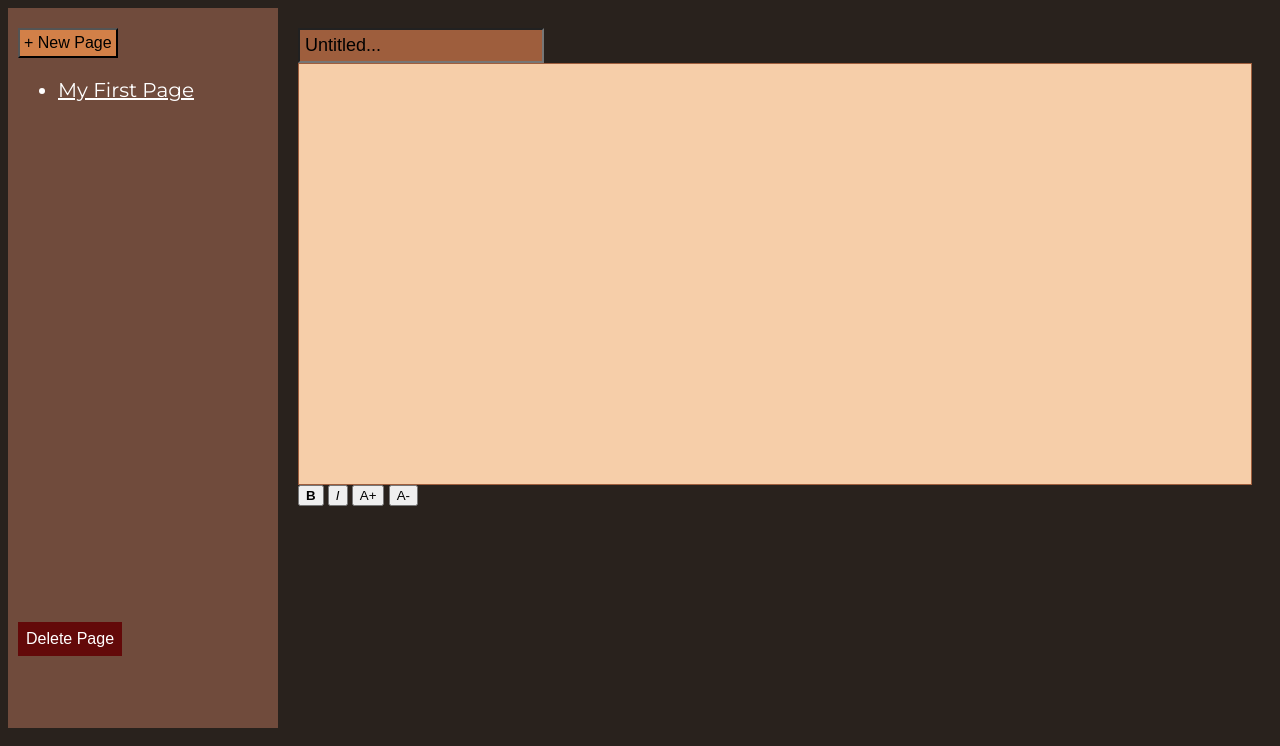
Repository: Dharshinimk-521/notes-app
Page: index.html
The author's editor kept a copy of each file at every save. The page is drawn from the files as they stood at one save, then again after the next save.
The browser window is 1280 px wide. The pictures show the whole page.

Above is the page before, as saved 2026-04-18 22:35:17.

After the next save:
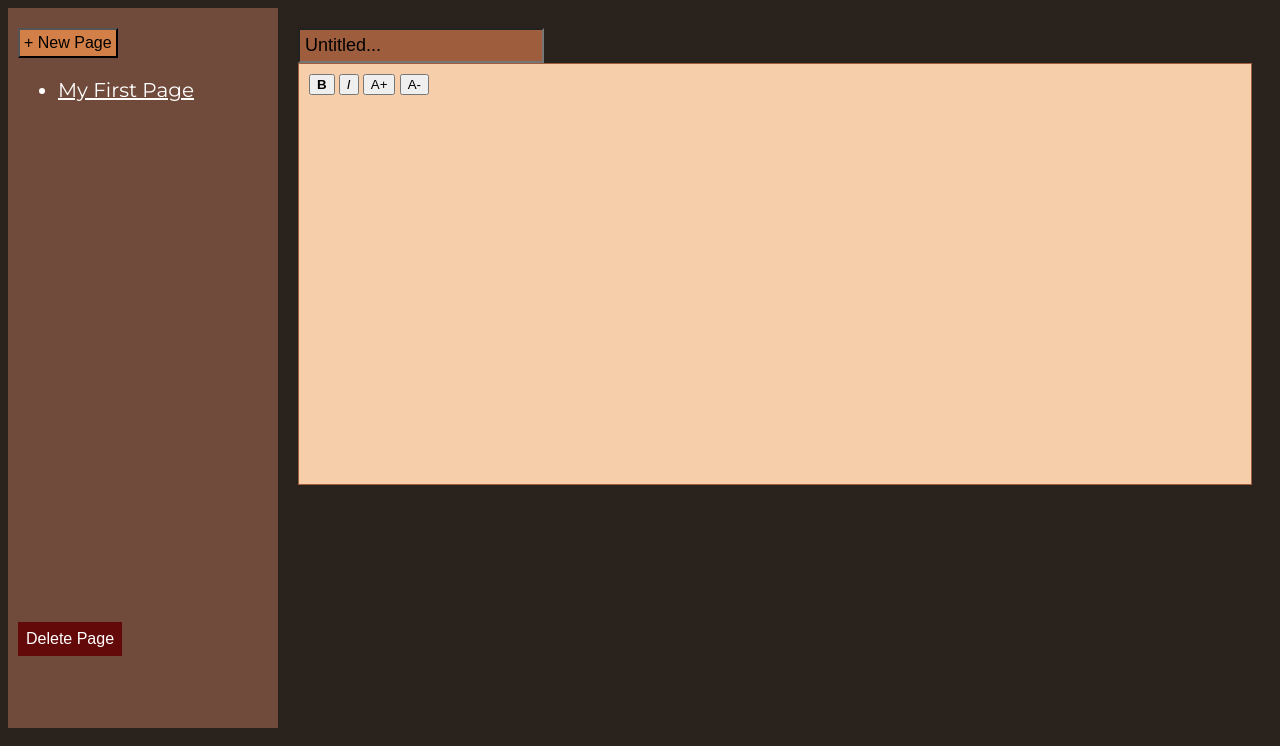
Saved 35 s later.
--- a/index.html
+++ b/index.html
@@ -21,14 +21,15 @@
 
         <main class="editor">
             <input id="pageTitle" placeholder="Untitled..." />
-            <div id="editorArea" contenteditable="true"></div>
-            <div class="tool-bar">
-                <button onclick ="formatText('bold')"><b>B</b></button>
-                <button onclick ="formatText('italic')"><i>I</i></button>
-                <button onclick ="changeFontSize(1)">A+</button>
-                <button onclick ="chnageFontSize(-1)">A-</button>
+            <div id="editorArea" contenteditable="true">
+                <div class="tool-bar">
+                    <button onclick ="formatText('bold')"><b>B</b></button>
+                    <button onclick ="formatText('italic')"><i>I</i></button>
+                    <button onclick ="changeFontSize(1)">A+</button>
+                    <button onclick ="chnageFontSize(-1)">A-</button>
+                </div>
+            </div>
 
-            </div>
         </main>
 
     </div>

After the save that followed:
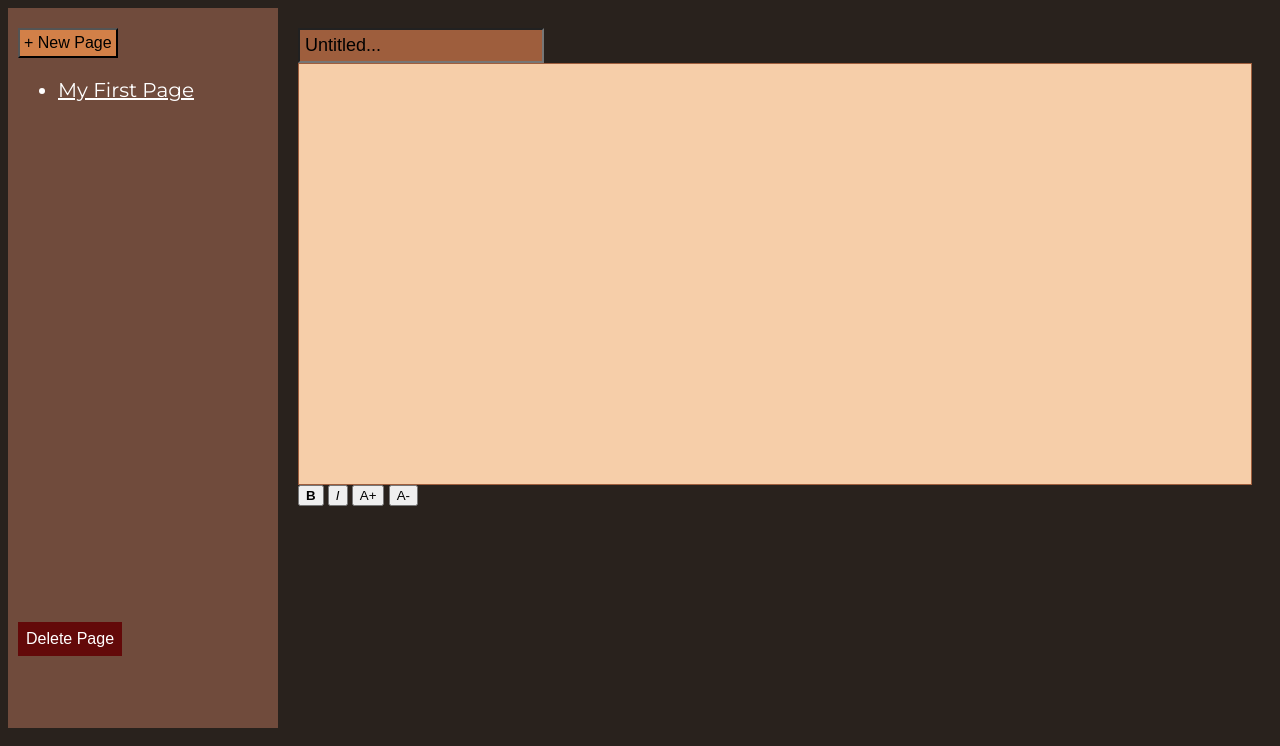
Saved 36 s later.
--- a/index.html
+++ b/index.html
@@ -21,15 +21,13 @@
 
         <main class="editor">
             <input id="pageTitle" placeholder="Untitled..." />
-            <div id="editorArea" contenteditable="true">
-                <div class="tool-bar">
-                    <button onclick ="formatText('bold')"><b>B</b></button>
-                    <button onclick ="formatText('italic')"><i>I</i></button>
-                    <button onclick ="changeFontSize(1)">A+</button>
-                    <button onclick ="chnageFontSize(-1)">A-</button>
-                </div>
+            <div id="editorArea" contenteditable="true"></div>
+            <div class="tool-bar">
+                <button onclick ="formatText('bold')"><b>B</b></button>
+                <button onclick ="formatText('italic')"><i>I</i></button>
+                <button onclick ="changeFontSize(1)">A+</button>
+                <button onclick ="chnageFontSize(-1)">A-</button>
             </div>
-
         </main>
 
     </div>
